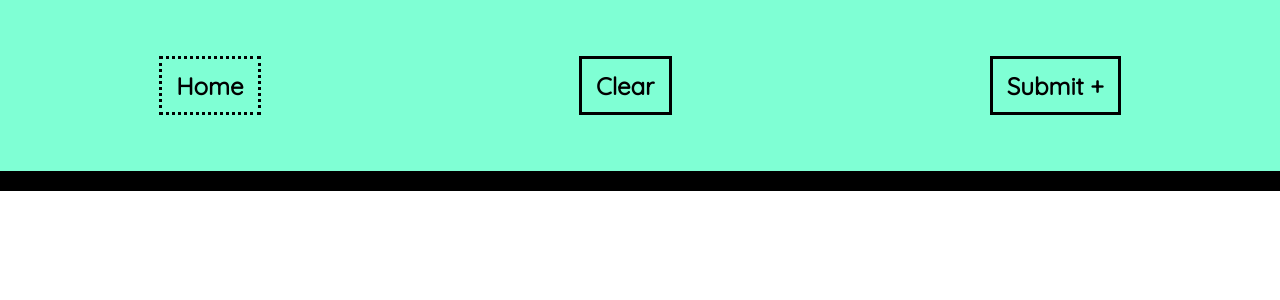
Repository: rickypcyt/WebMural
Page: /
The author's editor kept a copy of each file at every save. The page is drawn from the files as they stood at one save, then again after a run of saves.
The browser window is 1280 px wide. The pictures show the whole page.
The pointer rests on the first visible `.oli`.
The project was rebuilt for these pictures with package versions that can differ from the ones it lists, and the page was loaded fresh each time.

Above is the page before, as saved 2022-09-12 13:30:47.

### src/index.js
import React from "react";
import ReactDOM from "react-dom/client";
import "./index.css";
import WebMural from "./Pages/WebMural";
import reportWebVitals from "./reportWebVitals";
import { BrowserRouter, Routes, Route, Switch } from "react-router-dom";

const root = ReactDOM.createRoot(document.getElementById("root"));
root.render(
  <React.StrictMode>
    <BrowserRouter>
      <WebMural />
    </BrowserRouter>
  </React.StrictMode>
);

// If you want to start measuring performance in your app, pass a function
// to log results (for example: reportWebVitals(console.log))
// or send to an analytics endpoint. Learn more: https://bit.ly/CRA-vitals
reportWebVitals();

### src/index.css
@import url("https://fonts.googleapis.com/css2?family=Quicksand");

input[type="file"] {
  display: none;
}
.container {
  top: 0%;
  left: 0%;
}
::marker {
  display: none;
}
.image-container {
  width: 100%;
  margin: auto;
  display: flex;
  flex-direction: row;
  justify-content: space-evenly;
  gap: 15px;
  padding: 10px;
  background-color: black;
}

body {
  line-height: 1;
  font-family: "Quicksand";
  font-size: large;
  margin: 0%;
  padding: 0%;
}
main {
  top: 10%;
}
ol {
  list-style: none;
  display: flex;
  padding: 0;
  align-items: flex-start;
  justify-content: space-around;
  display: flex;
  flex-wrap: wrap;
  align-content: center;
}
.content {
  position: absolute;
  right: calc(var(--pad) * 2);
  bottom: calc(var(--pad) * 2);
  white-space: nowrap;
}
.parrafo {
  line-height: 1.5;
  text-align: end;
  font-size: larger;
}
.parrafo span {
  display: block;
}
.titulo {
  margin: 0;
}
.oli {
  font-weight: bold;
  border-style: solid;
  font-size: x-large;
  padding: 1ch;
}
.descripcion {
  font-weight: lighter;
  font-style: oblique;
}
.oli:hover {
  color: black;
  border-style: dotted;
}
.page {
  padding-top: 2%;
  padding-bottom: 3%;
}
.pageContact {
  padding-top: 8%;
  padding-bottom: 9%;
}
.cabeceranavi {
  padding-bottom: 3%;
  padding-top: 3%;
  background-color: aquamarine;
}
p {
  font-weight: bold;
}
a {
  color: black;
  text-decoration: none;
  padding: 0ch;
}
span {
  font-size: larger;
}
li {
  width: 7%;
  height: 10%;
}
ul {
  list-style-type: none;
  margin: 0%;
  display: flex;
  align-items: center;
  flex-direction: row;
  padding-top: 5%;
  padding-bottom: 5%;
  padding-left: 0%;
  justify-content: space-around;
}
.imagenes {
  display: block;
  height: auto;
  width: auto;
  padding-top: 5%;
  padding-bottom: 5%;
}

.imagenesproyect {
  position: relative;
}
.fixer {
  display: flex;
  flex-direction: row;
  justify-content: space-evenly;
  padding-bottom: 3%;
}
.overlay {
  position: absolute;
  top: 0.83cm;

  background: rgb(0, 0, 0);
  background: rgb(2, 0.3, 0.9, 0.6); /* Black see-through */
  color: #f1f1f1;
  width: 100%;
  transition: 0.5s ease;
  color: white;
  text-align: center;
  font-size: 20px;
  padding-top: 20px;
  padding-bottom: 20px;
  opacity: 0;
}
.imagenesproyect:hover .overlay {
  opacity: 1;
}
.overlay2 {
  position: absolute;
  bottom: 8%;
  background: rgb(0, 0, 0);
  background: rgba(40, 40, 40, 0.6); /* Black see-through */
  color: #f1f1f1;
  width: 100%;
  transition: 0.5s ease;
  color: white;
  text-align: center;
  font-size: 20px;
  padding-top: 20px;
  padding-bottom: 20px;
  opacity: 0;
}
.imagenesproyect:hover .overlay2 {
  opacity: 1;
}

.homeinfo {
  font-size: x-large;
}

@media screen and (max-width: 1340px) {
  .fixer {
    flex-direction: column;
    justify-content: center;
  }
  .imagenes {
    height: auto;
    width: 100%;
  }
  ol {
  }
}

.image-container {
  width: auto;
  margin: auto;
  /* display: flex; */
  flex-wrap: wrap;
  gap: 15px;
  padding: 10px;
}

.image-container img {
  max-width: 100%;
  max-height: 225px;
}

.container .image-container .image {
  border: 4px solid black;
  overflow: hidden;
  /* cursor: pointer; */
}

.container .image-container .image img {
  height: 100%;
  width: 100%;
}
@media (max-width: 700px) {
  .image-container img {
    max-height: -10px;
  }
}

.image:hover {
  transform: scale(
    1.15
  ); /* (150% zoom - Note: if the zoom is too large, it will go outside of the viewport) */
}

### src/Pages/WebMural.js
import React, { useState } from "react";
import { Link, useMatch, useResolvedPath } from "react-router-dom";

const UploadAndDisplayImage = () => {
  const [selectedFiles, setSelectedFiles] = useState([]);
  const handleImageChange = (e) => {
    setSelectedFiles([]);
    if (e.target.files) {
      const filesArray = Array.from(e.target.files).map((file) =>
        URL.createObjectURL(file)
      );
      setSelectedFiles((prevImages) => prevImages.concat(filesArray));
      Array.from(e.target.files).map((file) => URL.revokeObjectURL(file));
    }
  };

  const renderPhotos = (source) => {
    return source.map((photo) => {
      return (
        <div class="container">
          <figure class="image-container">
            <img className="image" src={photo} alt="" key={photo} />
          </figure>
        </div>
      );
    });
  };

  return (
    <main>
      <nav className="cabeceranavi">
        <ol>
          <div CustomLink to="/" className="oli">
            Home
          </div>
          <nav className="oli" onClick={() => handleImageChange(null)}>
            Clear
          </nav>
          <label for="upload-button">
            <nav>
              <input
                type="file"
                id="upload-button"
                multiple="multiple"
                accept="image/*"
                onChange={handleImageChange}
              />
              <div class="oli"> Submit + </div>
            </nav>
          </label>
        </ol>
      </nav>
      {selectedFiles && (
        <div>
          <div class="image-container">{renderPhotos(selectedFiles)}</div>
        </div>
      )}
    </main>
  );
};

export default UploadAndDisplayImage;

function CustomLink({ to, children, ...props }) {
  const resolvedPath = useResolvedPath(to);
  const isActive = useMatch({ path: resolvedPath.pathname, end: true });
  return (
    <li className={isActive ? "active" : ""}>
      <Link to={to} {...props}>
        {children}
      </Link>
    </li>
  );
}

Loaded but not shown: public/index.html (common file); src/reportWebVitals.js (common file); public/manifest.json (common file)

After the next 2 saves:
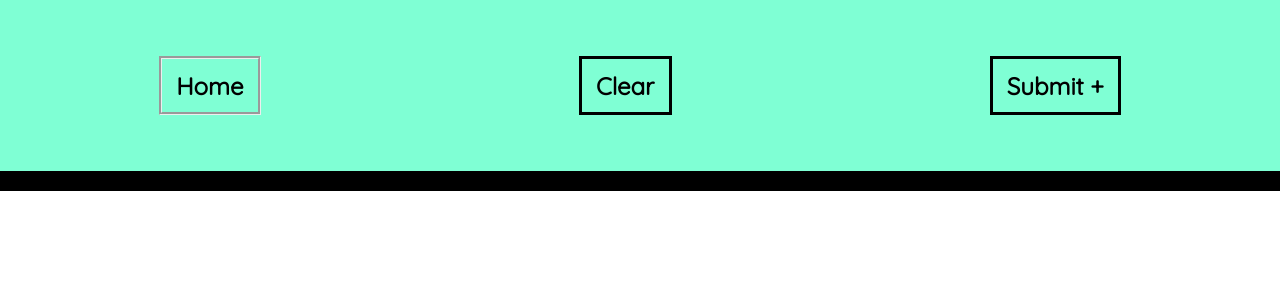
The 2 saves are shown as one change because they came seconds apart.
The last was saved 6 s later.
--- a/src/index.css
+++ b/src/index.css
@@ -70,7 +70,7 @@ ol {
 }
 .oli:hover {
   color: black;
-  border-style: dotted;
+  border-style: groove;
 }
 .page {
   padding-top: 2%;
